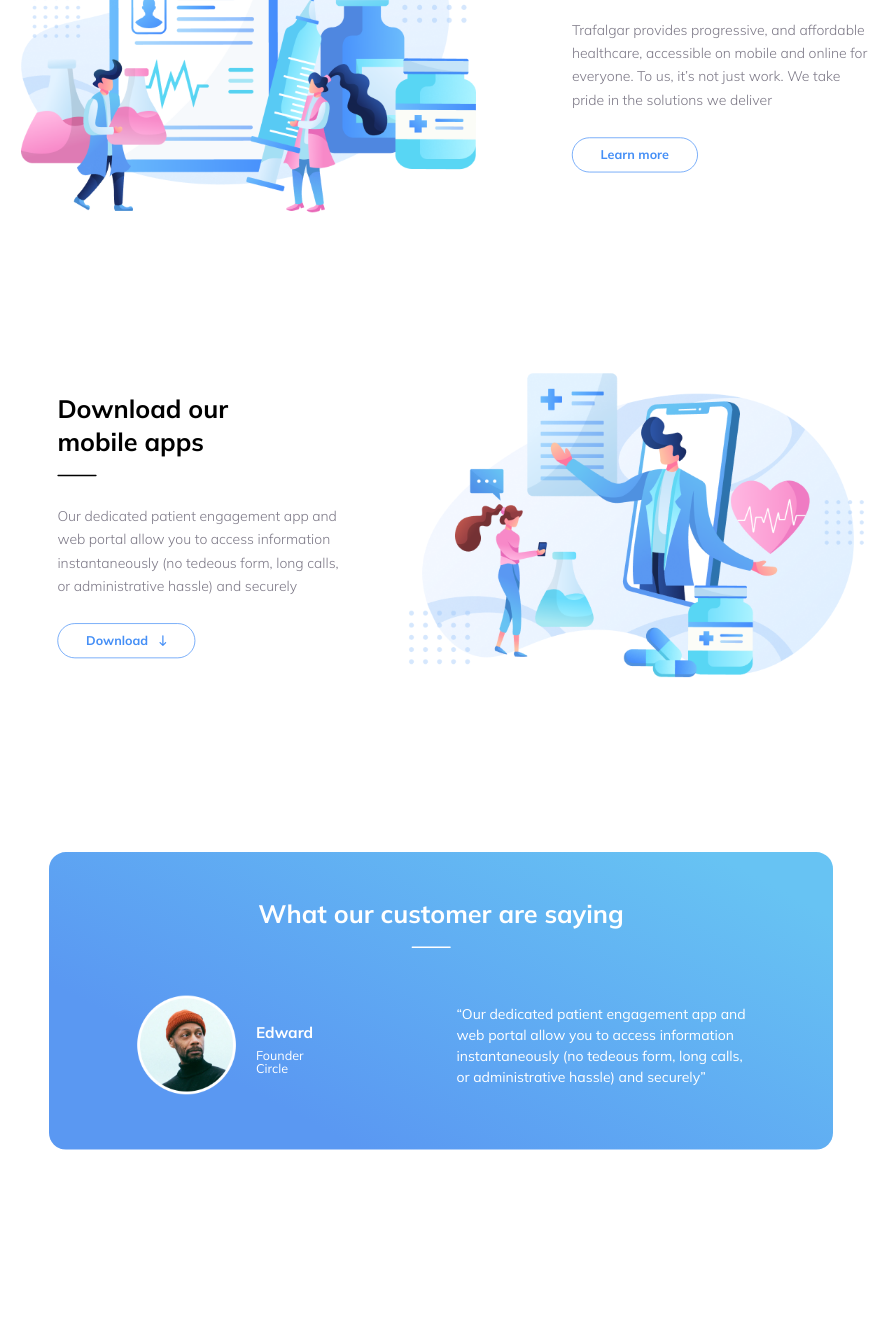
Repository: tungcutte35/Trafalgar
Page: index.html
These files come from the project's save history. The page is drawn as it stood at one moment and after the next save; the edit follows.
The browser window is 1280 px wide. The pictures show the part of the page from y = 2526 to 4446 px (the page is 4446 px tall), at 70% of full size.
The style sheet was rebuilt from its Sass, Less or Tailwind sources for each picture, by a compiler version that may differ from the author's.

Above is the page before, as saved 2021-10-18 01:01:55.

After the next save:
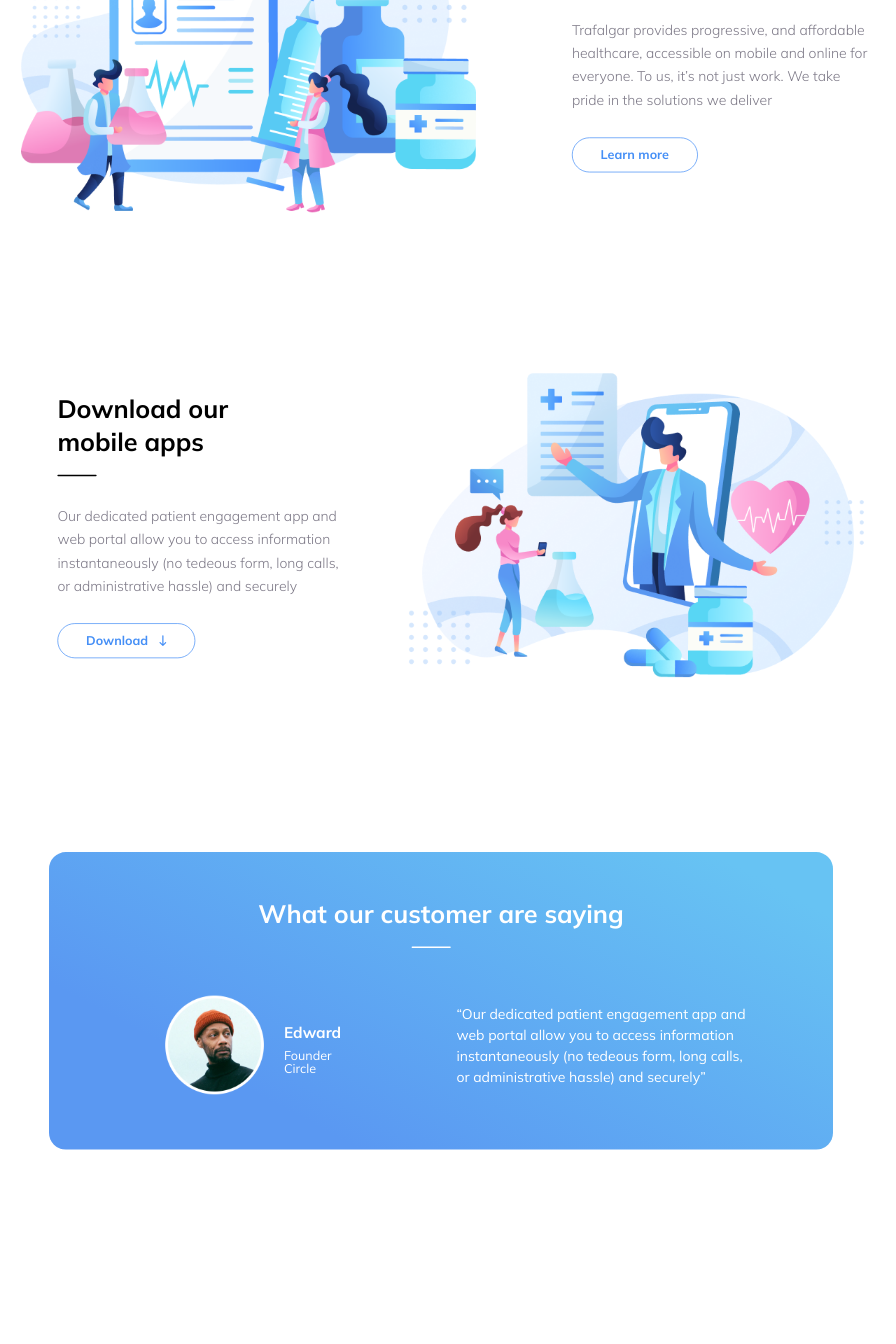
Saved 18 s later.
--- a/sass/_customer.scss
+++ b/sass/_customer.scss
@@ -48,6 +48,7 @@
     justify-content: center;
     gap: 0 29px;
     margin-bottom: 79px;
+    max-width: 199px;
   }
   &-name-firsd {
     font-size: 22px;
@@ -55,7 +56,6 @@
     color: white;
   }
   &-name-seconds {
-    max-width: 199px;
     font-size: 18px;
     font: 400px;
     color: white;

After the 2 saves that followed:
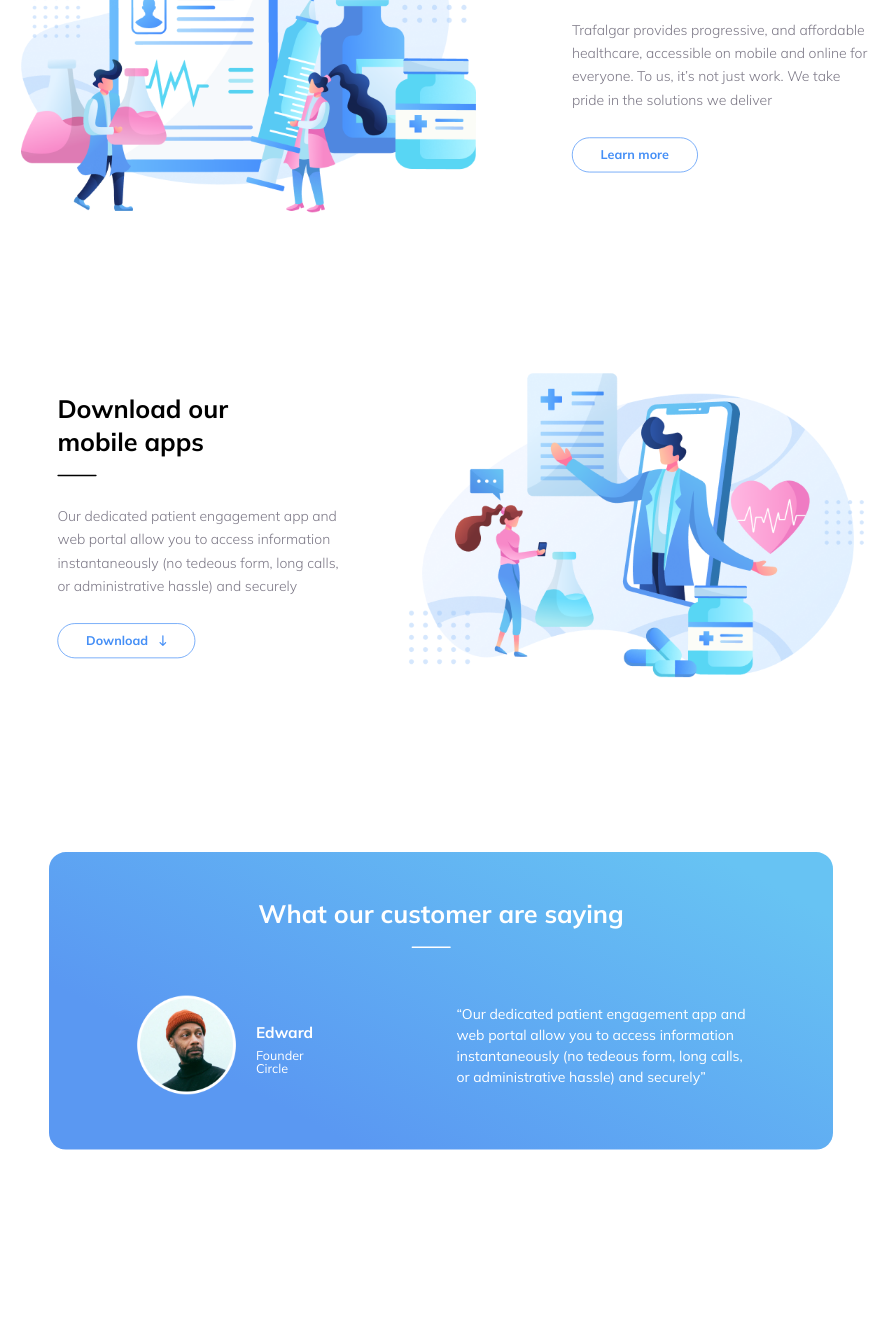
The 2 saves are shown as one change because 1 left the picture as it was.
The last was saved 113 s later.
--- a/sass/_customer.scss
+++ b/sass/_customer.scss
@@ -48,7 +48,6 @@
     justify-content: center;
     gap: 0 29px;
     margin-bottom: 79px;
-    max-width: 199px;
   }
   &-name-firsd {
     font-size: 22px;
